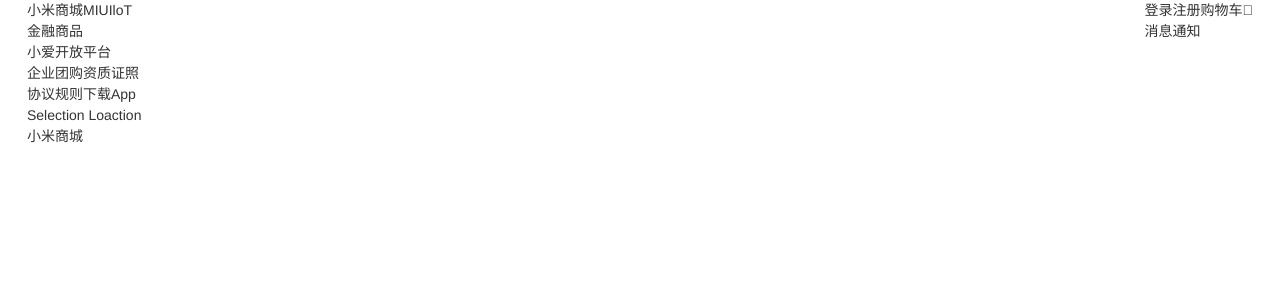
Repository: chenguocan/mi
Page: index.html
An editor plug-in stored every save of this project. The page is shown before and after a run of saves, followed by the edit.
The browser window is 1280 px wide. The pictures show the whole page.

Above is the page before, as saved 2020-10-13 09:39:38.

After the next 2 saves:
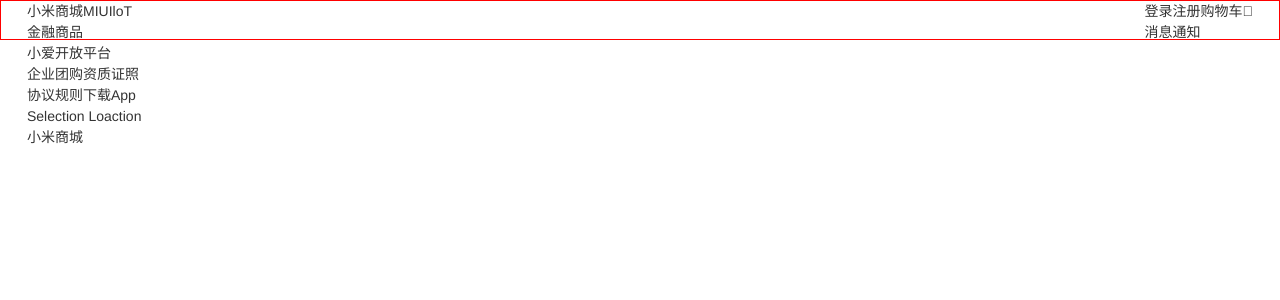
The 2 saves are shown as one change because they came seconds apart.
The last was saved 14 s later.
--- a/css/index.css
+++ b/css/index.css
@@ -2,6 +2,8 @@
     box-sizing: border-box;
 }
 .topbar-wrapper{
+    height: 40px;
+    border:1px solid red;
     width: 100%;
 }
 .topbar .service{
